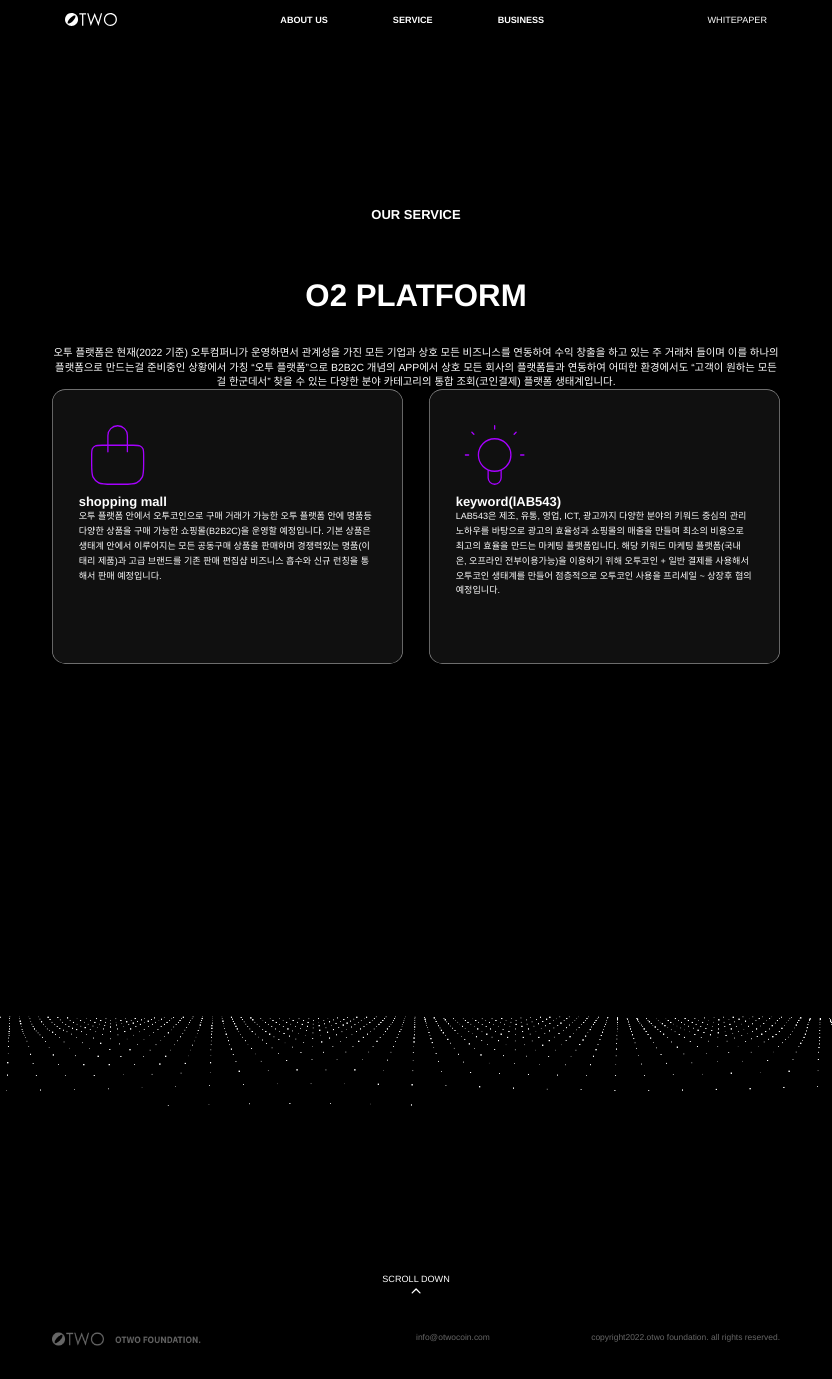
Repository: songhun115/Otwo
Page: service.html
An editor plug-in stored every save of this project. The page is shown before and after the next save, followed by the edit.
The browser window is 1280 px wide. The pictures show the whole page, at 65% of full size.

Above is the page before, as saved 2022-11-18 11:37:06.
Not found: js/three.js

After the next save:
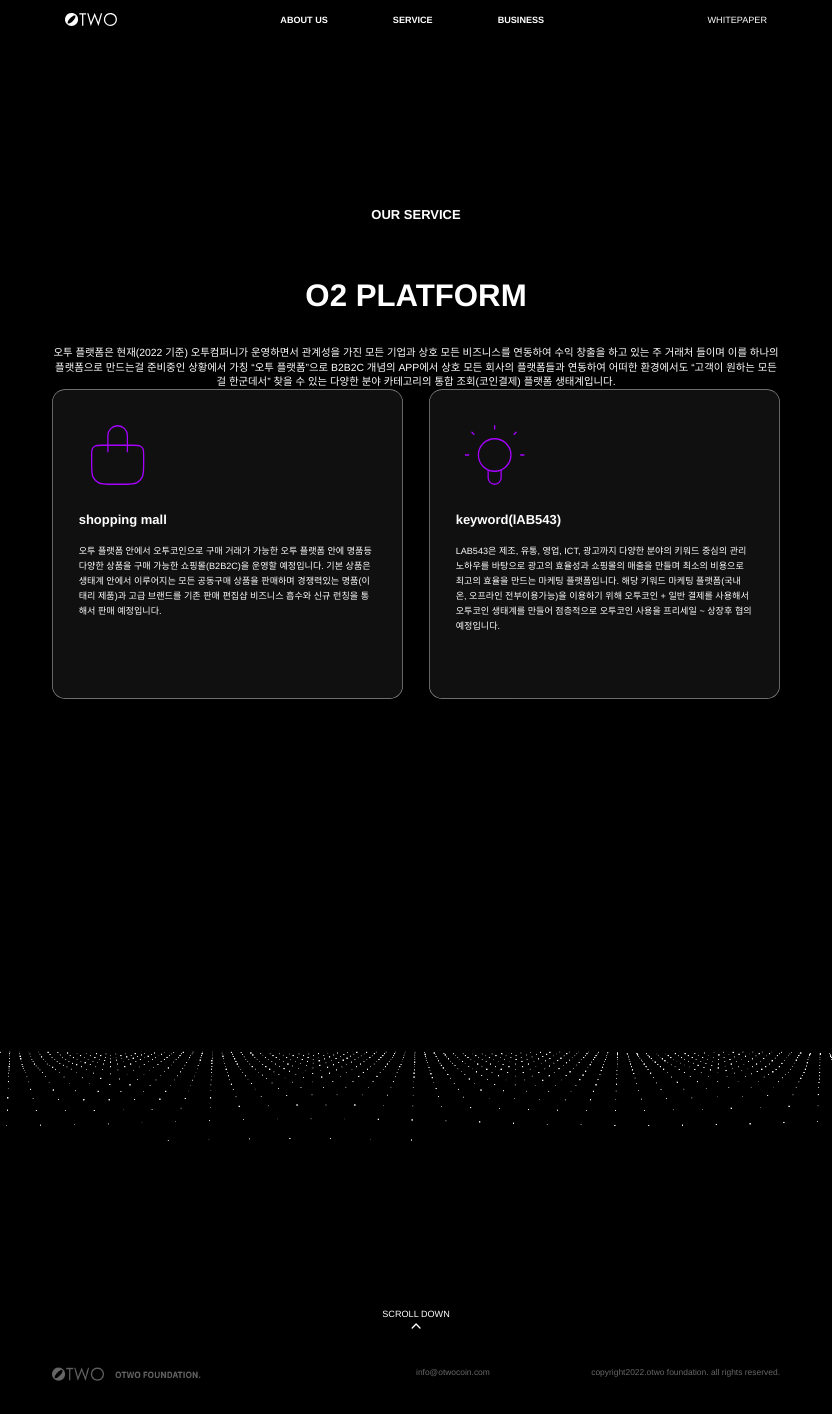
Saved 10 s later.
--- a/css/content.css
+++ b/css/content.css
@@ -86,4 +86,4 @@
   .platform-list{ display: grid;grid-template-columns: repeat(2,1fr);gap: 40px}
   .platform-item{ background: #101010; border: 0.5px solid rgba(235, 235, 235, 0.6); border-radius: 20px; padding:40px 40px 100px 40px}
   .platform-con{line-height: 23px;}
-  .platform-category{font-size: 20px; font-weight: 700; }
+  .platform-category{font-size: 20px; font-weight: 700; margin:27px 0;}
